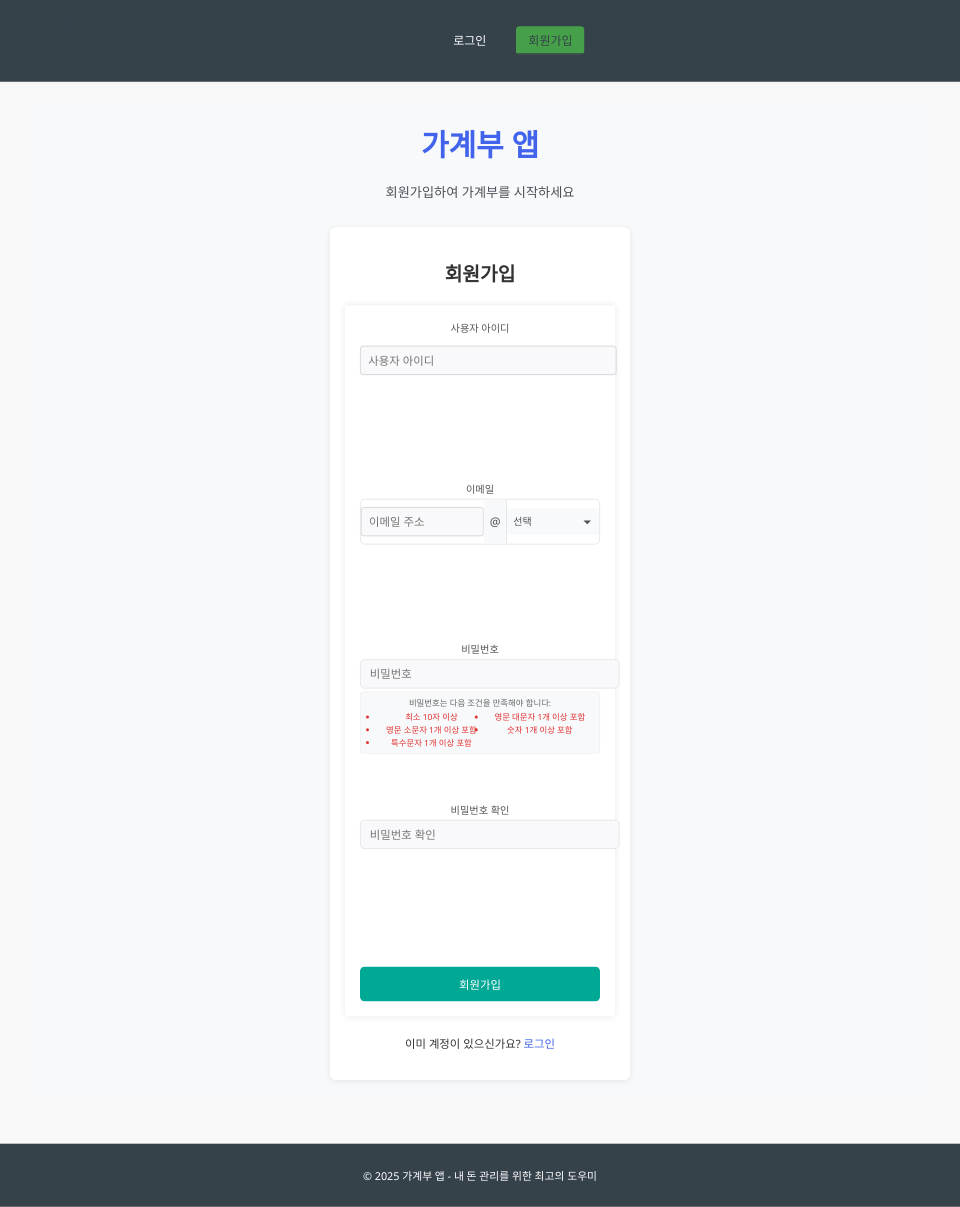
Repository: dldnwls07/Register_Login_Form
Page: /register
An editor plug-in stored every save of this project. The page is shown before and after the next save, followed by the edit.
The browser window is 1280 px wide. The pictures show the whole page, at 75% of full size.
The project was rebuilt for these pictures with package versions that can differ from the ones it lists, and the page was loaded fresh each time. Also part of the build but not shown: src/components/Summary.jsx, src/styles/pages/MainPage.css, src/pages/MainPage.jsx, src/utils/categoryData.js, src/components/CategorySelector.jsx, src/components/EntryForm.jsx, src/components/EntryTable.jsx, src/components/SearchBar.jsx and 15 more.

Above is the page before, as saved 2025-05-23 14:20:41.

After the next save:
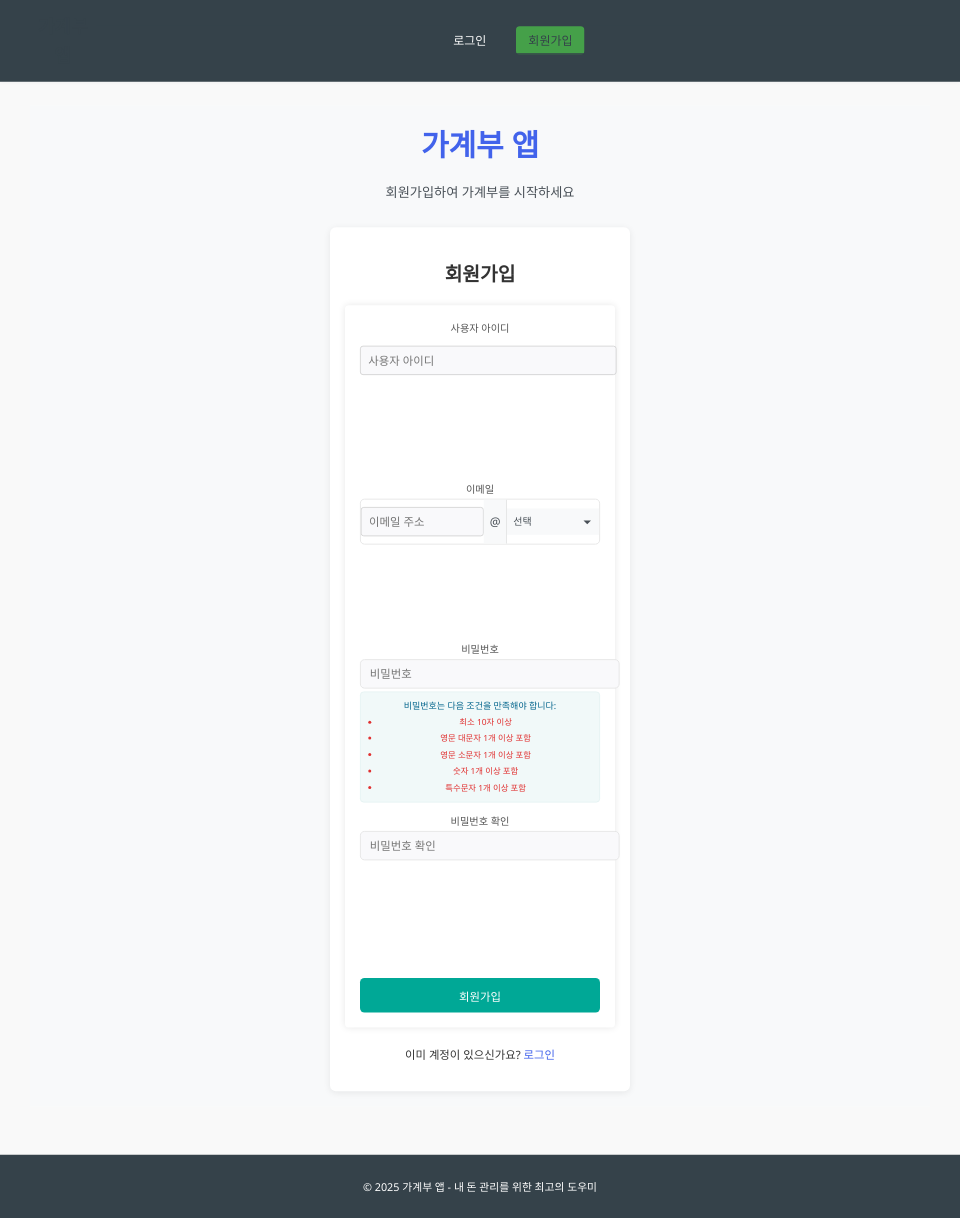
Saved 29 s later.
--- a/src/styles/components/AuthForm.css
+++ b/src/styles/components/AuthForm.css
@@ -309,29 +309,31 @@
 
 .password-policy {
   font-size: 0.75rem;
-  color: #666;
+  color: #495057;
   margin-top: 4px;
-  padding: 5px 7px;
-  background-color: #f8f9fa;
+  padding: 8px 10px;
+  background-color: #f1f9f9;
   border-radius: 5px;
-  border: 1px solid #eee;
+  border: 1px solid #e2f1f1;
 }
 
 .password-policy p {
-  margin: 0 0 2px 0;
-  font-weight: 500;
-  font-size: 0.7rem;
+  margin: 0 0 4px 0;
+  font-weight: 500;
+  font-size: 0.75rem;
+  color: #05668d;
 }
 
 .password-policy ul {
   margin: 0;
   padding-left: 15px;
   display: grid;
-  grid-template-columns: 1fr 1fr;
+  grid-template-columns: 1fr;
+  gap: 3px;
 }
 
 .password-policy li {
-  margin-bottom: 0;
+  margin-bottom: 2px;
   font-size: 0.7rem;
   line-height: 1.5;
 }
